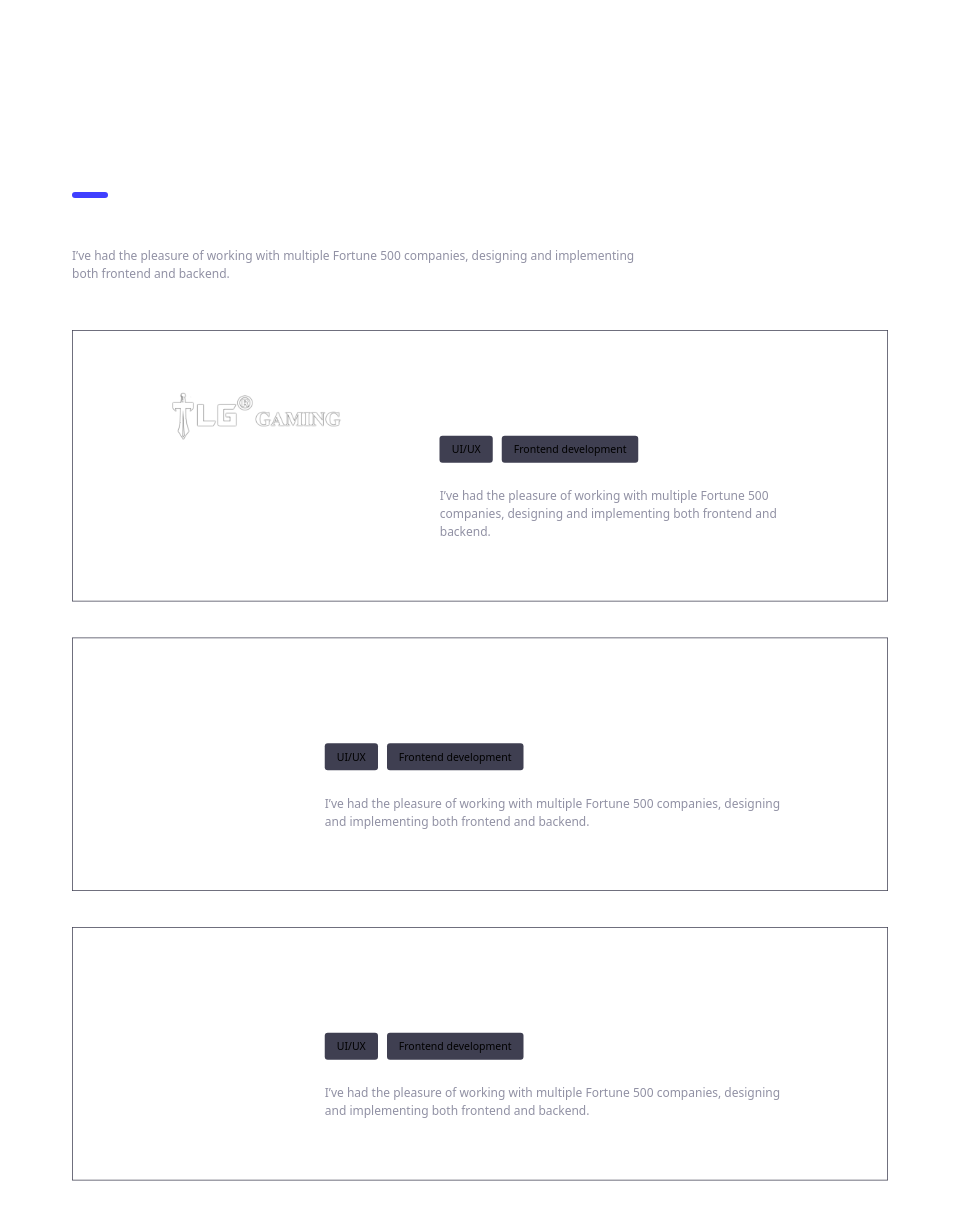
Repository: Alex0715/portfolio
Page: /components/client
An editor plug-in stored every save of this project. The page is shown before and after the next save, followed by the edit.
The browser window is 1280 px wide. The pictures show the whole page, at 75% of full size.
The project was rebuilt for these pictures with package versions that can differ from the ones it lists, and the page was loaded fresh each time. The framework's server and built-in components were replaced by stand-ins that run in the browser. Also part of the build but not shown: next.config.js.

Above is the page before, as saved 2022-02-04 00:09:27.

After the next save:
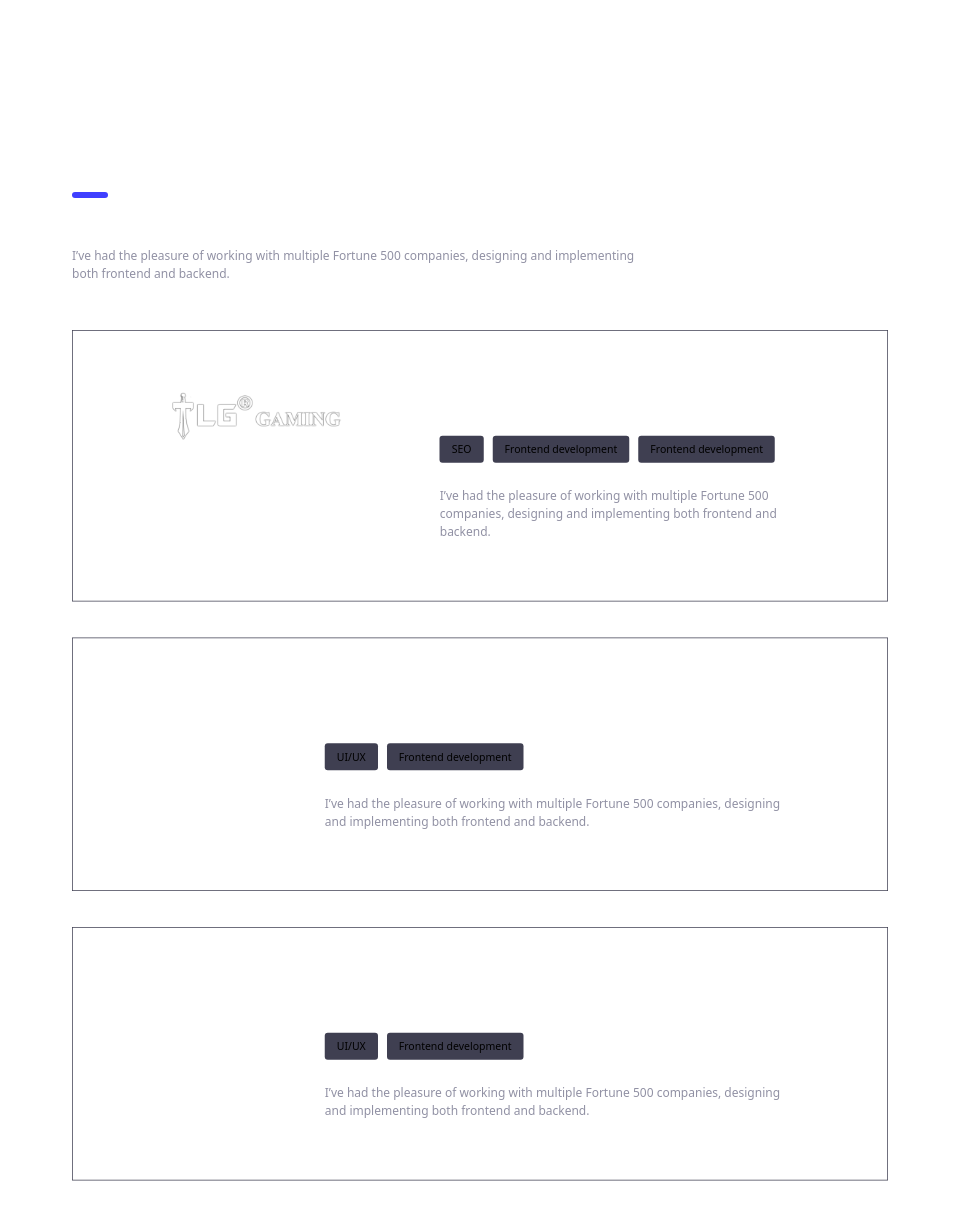
Saved 42 s later.
--- a/pages/components/client.js
+++ b/pages/components/client.js
@@ -16,10 +16,11 @@
 
 
               <div class="flex flex-wrap justify-center text-center lg:text-left lg:block">
-                  <h3 class="text-white text-3xl font-semibold">Apple, inc.</h3>
+                  <h3 class="text-white text-3xl font-semibold">TLG Gaming</h3>
 
                   <div class="w-full lg:w-auto flex flex-wrap justify-center lg:justify-start gap-3 mt-6 mb-8">
-                      <div class="badge">UI/UX</div>
+                      <div class="badge">SEO</div>
+                      <div class="badge">Frontend development</div>
                       <div class="badge">Frontend development</div>
                   </div>
 
